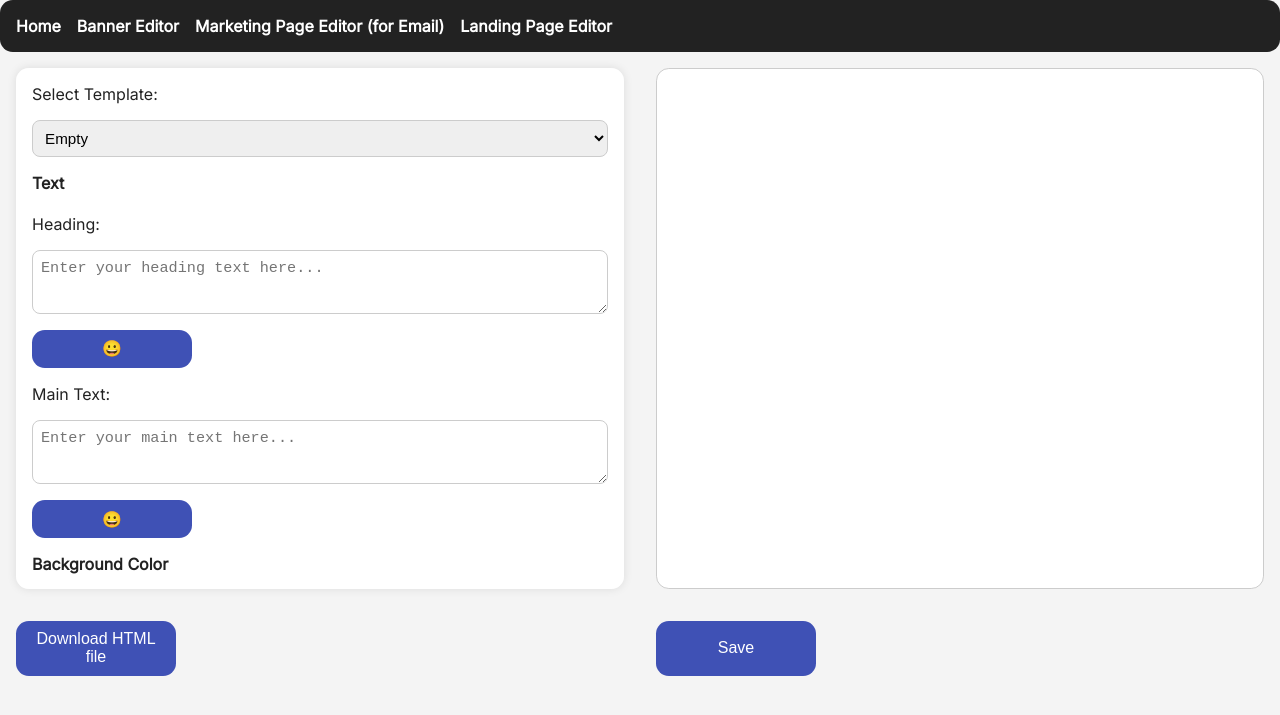
Repository: Yuravolontir/--Baner-Editor--
Page: landing.html
These files come from the project's save history. The page is drawn as it stood at one moment and after the next save; the edit follows.
The browser window is 1280 px wide. The pictures show the whole page.
An inner scrolling area shows only its first screen.

Above is the page before, as saved 2025-07-25 22:19:30.

### landing.html
<!DOCTYPE html>
<html lang="en">
<head>
    <meta charset="UTF-8">
    <meta name="viewport" content="width=device-width, initial-scale=1.0">
    <title>Document</title>
   <link rel="stylesheet" href="/styles/landing.css">
    <script type="module" src="/scripts/landing.js"></script>
    <!--Google Fonts-->
 <link href="https://fonts.googleapis.com/css2?family=Be+Vietnam+Pro&family=DM+Sans&family=Figtree&family=Inter&family=Manrope&family=Outfit&family=Rubik&family=Space+Grotesk&family=Sora&family=Urbanist&display=swap" rel="stylesheet">
<link rel="preconnect" href="https://fonts.googleapis.com">
<link rel="preconnect" href="https://fonts.gstatic.com" crossorigin>
<link href="https://fonts.googleapis.com/css2?family=Bangers&family=Lobster+Two:ital,wght@0,400;0,700;1,400;1,700&family=Orbitron:wght@400..900&family=Silkscreen:wght@400;700&display=swap" rel="stylesheet">

</head>
<body>
    <nav>
    <ul>
    <li><a href="/dashboard.html">Home</a></li>
    <li><a href="/banner.html">Banner Editor</a></li>
    <li><a href="/email.html">Marketing Page Editor (for Email)</a></li>
    <li><a href="/landing.html">Landing Page Editor</a></li>
    </ul>
</nav>


<div id="banner-builder-container">
<div id="controls-section">

<label>Select Template:</label>
<select id="templates">
  <option value="default">Empty</option>
  <option value="template1">1</option>
  <option value="template2">2</option>
  <option value="template3">3</option>
</select>

<h3>Text</h3>
<label for="Heading">Heading:</label>
<textarea id="Heading" placeholder="Enter your heading text here..."></textarea>
<button id="emojiHeading">😀</button>

<label for="Text">Main Text:</label>
<textarea id="Text" placeholder="Enter your main text here..."></textarea>
<button id="emojiText">😀</button>

<h3>Background Color</h3>
<input type="color" id="BackgroundColor" value="#ffffff">

<h3>Heading Color</h3>
<input type="color" id="HeadingColor">

<h3>Text Color</h3>
<input type="color" id="TextColor">

<h3>CTA Button Text</h3>
<input type="text" id="CTAButtonText" placeholder="Enter CTA button text">

<h3>CTA Button Behavior</h3>
<select id="CTAButtonBehavior">
  <option value="default">📎 Link to URL</option>
  <option value="Behavior1">📞 Phone</option>
  <option value="Behavior2">💬 Whatsapp</option>
</select>
<h3>CTA Button Color</h3>
<input type="color" id="CTAColor">
<div id="CTAInputContainer" ></div>
<h3>Choose heading font</h3>
<select id="head-font">
  <option value="Courier New">Courier New</option>
  <option value="Inter">Inter</option>
  <option value="Poppins">Poppins</option>
  <option value="Space Grotesk">Space Grotesk</option>
  <option value="Outfit">Outfit</option>
  <option value="Manrope">Manrope</option>
  <option value="Sora">Sora</option>
  <option value="Figtree">Figtree</option>
  <option value="Rubik">Rubik</option>
  <option value="Urbanist">Urbanist</option>
  <option value="DM Sans">DM Sans</option>
  <option value="Silkscreen, sans-serif">Silkscreen Static</option>
  <option value="Orbitron, sans-serif">Orbitron</option>
  <option value="Lobster Two, sans-serif">Lobster Two</option>
  <option value="Bangers, system-ui">Bangers</option>
</select>

<h3>Choose text font</h3>
<select id="text-font">
  <option value="Courier New">Courier New</option>
  <option value="Inter">Inter</option>
  <option value="Poppins">Poppins</option>
  <option value="Space Grotesk">Space Grotesk</option>
  <option value="Outfit">Outfit</option>
  <option value="Manrope">Manrope</option>
  <option value="Sora">Sora</option>
  <option value="Figtree">Figtree</option>
  <option value="Rubik">Rubik</option>
  <option value="Urbanist">Urbanist</option>
  <option value="DM Sans">DM Sans</option>
  <option value="Silkscreen, sans-serif">Silkscreen Static</option>
  <option value="Orbitron, sans-serif">Orbitron</option>
  <option value="Lobster Two, sans-serif">Lobster Two</option>
  <option value="Bangers, system-ui">Bangers</option>
</select>

<h3>Banner Heading Font-size</h3>
<input type="number" id="headingFontSize" placeholder="Enter font size in px" value="24">

<h3>Banner Text Font-size</h3>
<input type="number" id="textFontSize" placeholder="Enter font size in px" value="16">

<label>Add img (enter URL)</label>
<input type="text" id="addimageInput" placeholder="Enter image URL" />
  <label>Set img width:</label>
<input type="number" id="imgwidth" placeholder="enter width in px" value="200">
  <label>Set img height:</label>
<input type="number" id="imgheight" placeholder="enter height in px" value="200">
  <label>Set img border radius:</label>
<input type="number" id="imgborderradius" placeholder="enter border radius in px" value="5">


<label>Set img background URL:</label>
<input type="text" id="imageInput" placeholder="Enter image URL" />

<h3>Try our gradient</h3>
<select id="designStyle">
  <option value="default">Empty</option>
  <option value="gradient1">Peach</option>
  <option value="gradient2">Purple</option>
  <option value="gradient3">Dark</option>
</select>
  <h3>Lead Form</h3>
  <label>Show Lead Form?</label>
  <select id="leadFormToggle">
  <option value="no">No</option>
  <option value="yes">Yes</option>
  </select>

</div>

<div id="preview">

</div>

<button id="DownloadHTML">Download HTML file</button>
<button id="saveLanding">Save</button>

</div>









</body>
</html>

### styles/landing.css
/* styles.css */

:root {
  --font-main: 'Inter', sans-serif;
  --color-bg: #f4f4f4;
  --color-dark: #222;
  --color-accent: #3f51b5;
  --control-bg: #fff;
  --border-radius: 0.8rem;
  --spacing: 1rem;
}

* {
  margin: 0;
  padding: 0;
  box-sizing: border-box;
}

html, body {
  font-family: var(--font-main);
  background-color: var(--color-bg);
  color: var(--color-dark);
  height: 100%;
  overflow: hidden;
}

body {
  display: flex;
  flex-direction: column;
  padding: 0;
}

nav ul {
  list-style: none;
  display: flex;
  gap: 1rem;
  background-color: var(--color-dark);
  padding: 1rem;
  border-radius: var(--border-radius);
  overflow-x: auto;
}

nav a {
  color: white;
  text-decoration: none;
  font-weight: bold;
  white-space: nowrap;
}

#banner-builder-container {
  display: grid;
  grid-template-columns: 1fr 1fr;
  gap: 2rem;
  padding: 1rem;
  height: calc(100vh - 80px);
  overflow: hidden;
}

#controls-section {
  display: flex;
  flex-direction: column;
  gap: 1rem;
  background-color: var(--control-bg);
  padding: 1rem;
  border-radius: var(--border-radius);
  box-shadow: 0 0 10px rgba(0, 0, 0, 0.1);
  overflow-y: auto;
  max-height: 100%;
}

#controls-section h3 {
  margin-bottom: 0.3rem;
  font-size: 1rem;
}

#controls-section input[type="color"],
#controls-section input[type="number"],
#controls-section select,
#controls-section textarea {
  width: 100%;
  padding: 0.5rem;
  font-size: 0.95rem;
  border: 1px solid #ccc;
  border-radius: 0.5rem;
}

#controls-section input[type="color"]
{
  width: 30%;
  height: auto;
  padding: 0.3rem;
  font-size: 0.95rem;
  border: 1px solid #ccc;
  border-radius: 0.5rem;
  min-height: 3rem;

}

#controls-section textarea {
  min-height: 4rem;
  resize: vertical;
}

button {
  background-color: var(--color-accent);
  color: white;
  border: none;
  padding: 0.6rem 1rem;
  font-size: 1rem;
  border-radius: var(--border-radius);
  cursor: pointer;
  transition: background-color 0.2s ease;
  width: 10rem;

}
#downloadBanner, #saveBanner {
  margin-left: auto;
  margin-right: auto;
}

button:hover {
  background-color: #2c3e91;
}

#preview {
  background-color: white;
  border: 1px solid #ccc;
  min-height: 40vh;
  display: flex;
  justify-content: center;
  align-items: center;
  padding: 1rem;
  border-radius: var(--border-radius);
  overflow: auto;
  height: 100%;
}

@media (max-width: 768px) {
  #banner-builder-container {
    grid-template-columns: 1fr;
    grid-template-rows: auto 1fr;
    height: auto;
  }

  #controls-section {
    max-height: none;
    height: auto;
  }

  #preview {
    height: 50vh;
    margin-top: 1rem;
  }
}

### scripts/global.js
export const UsersList = JSON.parse(localStorage.getItem('UsersList')) || [];

export const UsersBanners = JSON.parse(localStorage.getItem('UsersBanners')) || [];

export const UsersEmailBanners = JSON.parse(localStorage.getItem('UsersEmailBanners')) || [];

export const UsersLandingPages = JSON.parse(localStorage.getItem('UsersLandingPages')) || [];

### scripts/classes.js


export class Banner
{
    width;
    height;
    hedingtext;
    maintext;
    backgroundcolor;
    headingcolor;
    textcolor;
    headingfont;
    textfont;
    headingfontsize;
    textfontsize;
    designstyle;
    username;


    constructor(width, height, hedingtext, maintext, backgroundcolor, headingcolor, textcolor, headingfont, textfont, headingfontsize, textfontsize, designstyle, username) {
        this.width = width;
        this.height = height;
        this.hedingtext = hedingtext;
        this.maintext = maintext;
        this.backgroundcolor = backgroundcolor;
        this.headingcolor = headingcolor;
        this.textcolor = textcolor;
        this.headingfont = headingfont;
        this.textfont = textfont;
        this.headingfontsize = headingfontsize;
        this.textfontsize = textfontsize;
        this.designstyle = designstyle;
        this.username = username;
    }
}
export class User
{
 firstName;
 email;
 username;
 password;
    constructor(firstName, email, username, password) {
        this.firstName = firstName;
        this.email = email;
        this.username = username;
        this.password = password;
    }
}

export class emailBanner
{
    width;
    minHeight;
    hedingtext;
    maintext;
    backgroundcolor;
    headingcolor;
    textcolor;
    headingfont;
    textfont;
    headingfontsize;
    textfontsize;
    designstyle;
    image;
    username;


    constructor( width, minHeight,hedingtext, maintext, backgroundcolor, headingcolor, textcolor, headingfont, textfont, headingfontsize, textfontsize, designstyle, image, username) {
        this.width = width;
        this.minHeight = minHeight;
        this.hedingtext = hedingtext;
        this.maintext = maintext;
        this.backgroundcolor = backgroundcolor;
        this.headingcolor = headingcolor;
        this.textcolor = textcolor;
        this.headingfont = headingfont;
        this.textfont = textfont;
        this.headingfontsize = headingfontsize;
        this.textfontsize = textfontsize;
        this.designstyle = designstyle;
        this.image = image;
        this.username = username;
    }
}

export class LandingPage
{
         username;//
         width;//
         minHeight;//
         hedingtext; //
         maintext;//
         backgroundcolor; //
         headingcolor;//
         textcolor;//
         headingfont;//
         textfont; //
         headingfontsize; //
         textfontsize; //
         designstyle; //
         backgroundimage; //
         dropimage; //
         imgwidth; //
         imgheight; //
         imgborder; //
         ctabehavior;
         ctacolor; //
         ctatext;//
         ctainput;
         ctawhatsapp;
         ctaphone;
         template; //
         leadform;


    constructor(username, width, minHeight, hedingtext, maintext,backgroundcolor,headingcolor,textcolor,headingfont,textfont,headingfontsize,textfontsize,designstyle,backgroundimage,dropimage,imgwidth,imgheight,imgborder,ctabehavior,ctacolor,ctatext,ctainput,ctawhatsapp,ctaphone,template,leadform) {
                this.username = username;
                this.width = width;
                this.minHeight = minHeight;
                this.hedingtext = hedingtext;
                this.maintext = maintext;
                this.backgroundcolor = backgroundcolor;
                this.headingcolor = headingcolor;
                this.textcolor = textcolor;
                this.headingfont = headingfont;
                this.textfont = textfont;
                this.headingfontsize = headingfontsize;
                this.textfontsize = textfontsize;
                this.designstyle = designstyle;
                this.backgroundimage = backgroundimage;
                this.dropimage = dropimage;
                this.imgwidth = imgwidth;
                this.imgheight = imgheight;
                this.imgborder = imgborder;
                this.ctabehavior = ctabehavior;
                this.ctacolor = ctacolor;
                this.ctatext = ctatext;
                this.ctainput = ctainput;
                this.ctawhatsapp = ctawhatsapp;
                this.ctaphone = ctaphone;
                this.template = template;
                this.leadform = leadform;
    }
}

Loaded but not shown: scripts/landing.js (625 lines, source omitted)

After the next save:
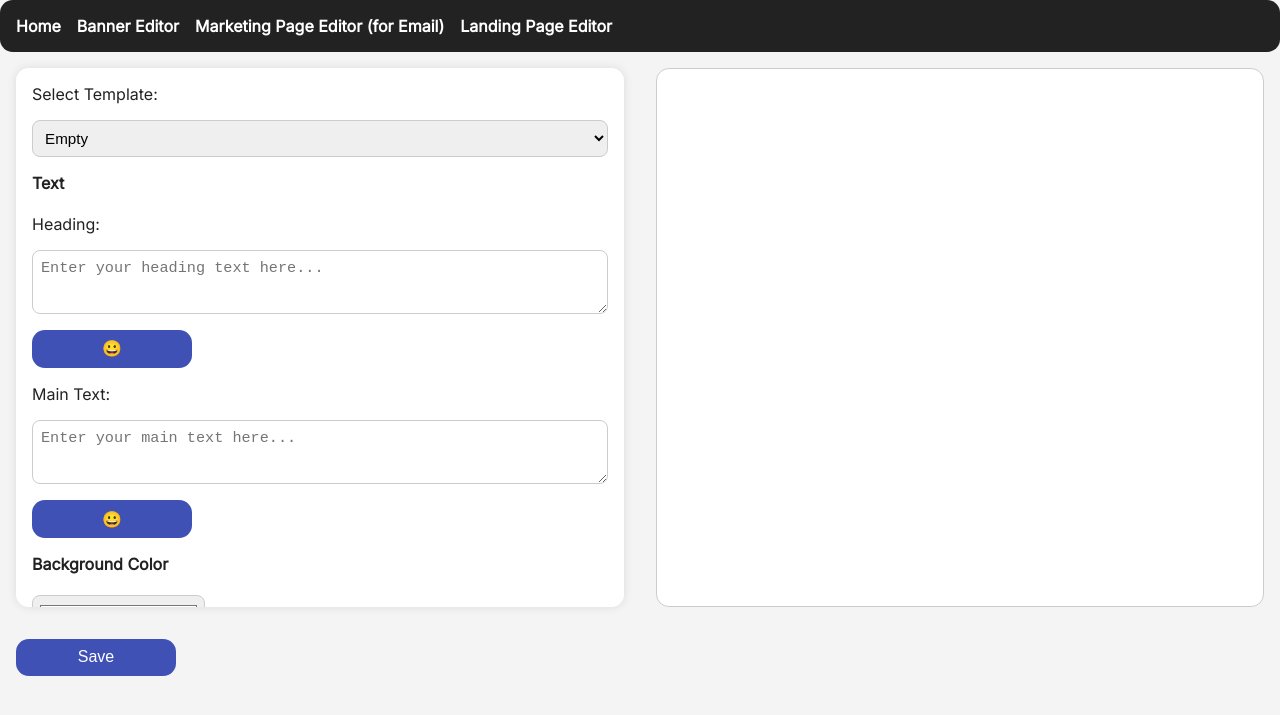
Saved 18 s later.
--- a/landing.html
+++ b/landing.html
@@ -142,7 +142,7 @@
 
 </div>
 
-<button id="DownloadHTML">Download HTML file</button>
+<!--<button id="DownloadHTML">Download HTML file</button>-->
 <button id="saveLanding">Save</button>
 
 </div>
